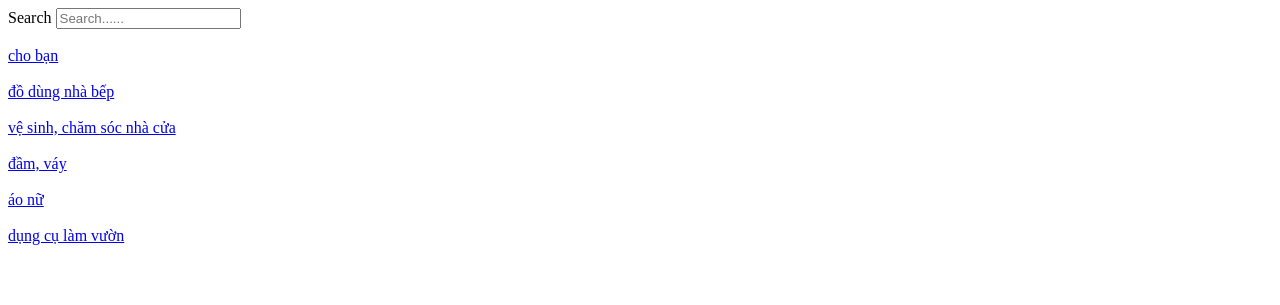
Repository: bao2222/hoc-lam-web
Page: About-me.html
These files come from the project's save history. The page is drawn as it stood at one moment and after the next save; the edit follows.
The browser window is 1280 px wide. The pictures show the whole page.

Above is the page before, as saved 2025-01-23 10:18:34.

### About-me.html
<!DOCTYPE html>
<html lang="en">
    <head>
        <title>About me</title>
        <meta charset="UTF-8">
        <link rel="name" href="welcome.html" type="text/html">

    </head>

    <body>
        <header>
            <div>
                <div>
                    <form>
                        <label for="search">Search</label>
                        <input type="text" id="search" placeholder="Search......" name="search" required><br><br>

                    </form>
                </div>
                <a href="b1.html">cho bạn</a><br><br>
                <a href="b2.html">đồ dùng nhà bếp</a><br><br>
                <a href="b3.html">vệ sinh, chăm sóc nhà cửa</a><br><br>
                <a href="b4.html">đầm, váy</a><br><br>
                <a href="b5.html">áo nữ</a><br><br>
                <a href="b6.html">dụng cụ làm vườn </a>

            </div>


        </header>
        <nav></nav>
        <footer></footer>



    </body>
</html>

After the next save:
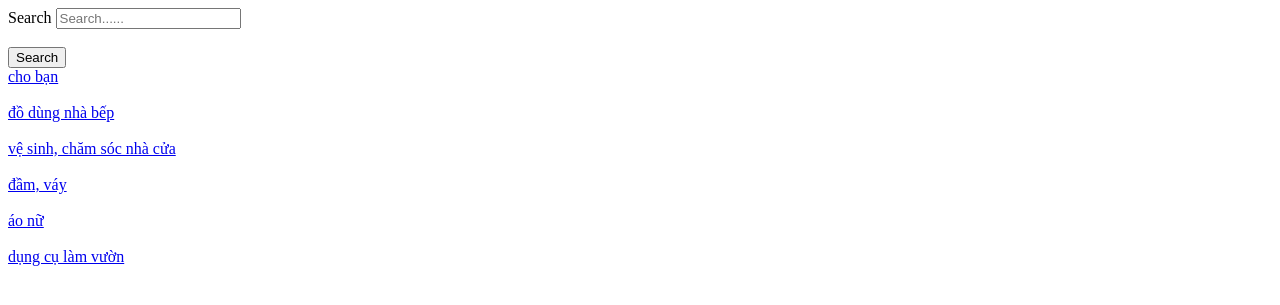
Saved 31 s later.
--- a/About-me.html
+++ b/About-me.html
@@ -14,6 +14,7 @@
                     <form>
                         <label for="search">Search</label>
                         <input type="text" id="search" placeholder="Search......" name="search" required><br><br>
+                        <button type="submit">Search</button>
 
                     </form>
                 </div>
